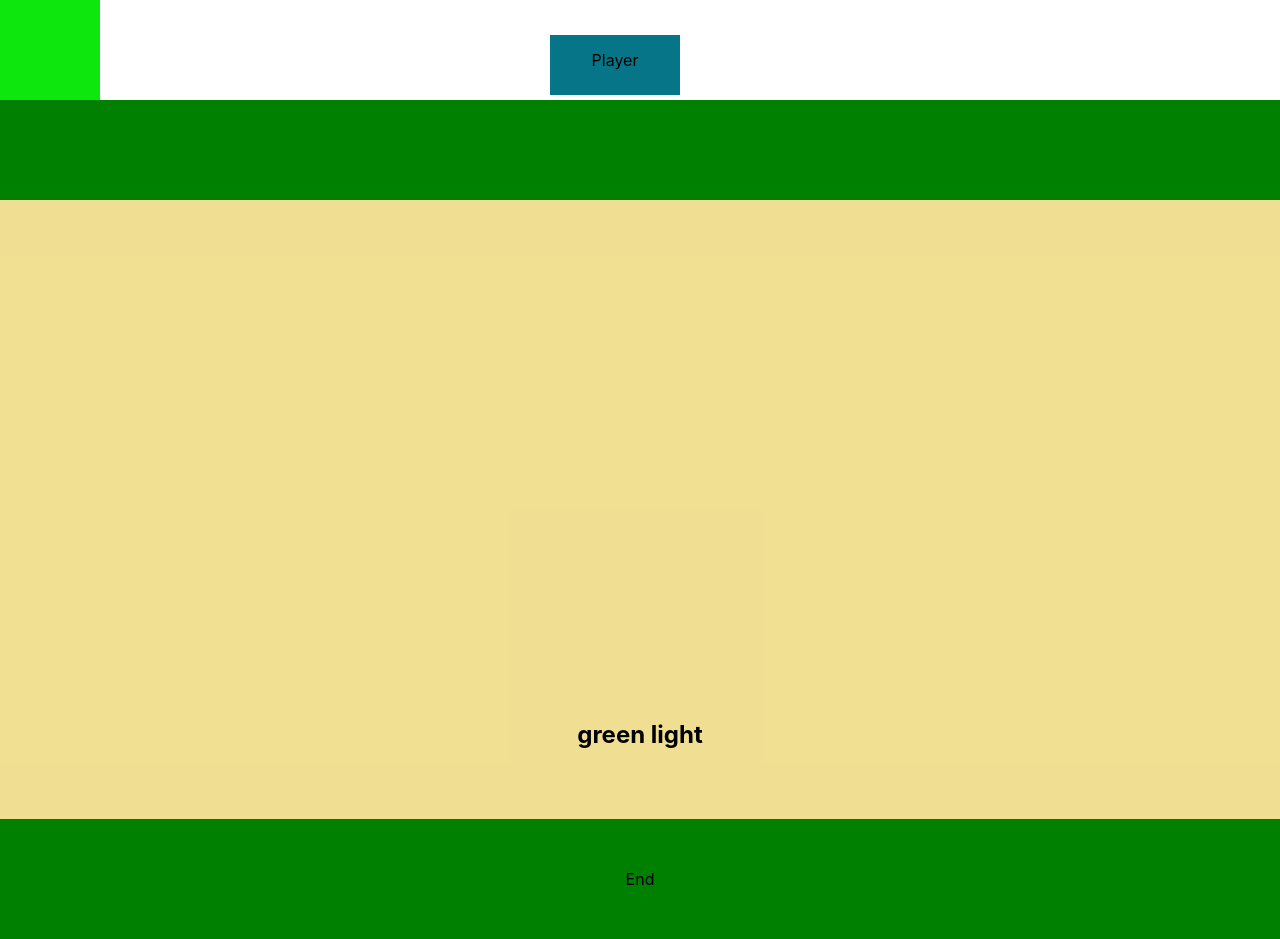
Repository: DerickT02/red-light-green-light
Page: /
The author's editor kept a copy of each file at every save. The page is drawn from the files as they stood at one save, then again after the next save.
The browser window is 1280 px wide. The pictures show the whole page.
The project was rebuilt for these pictures with package versions that can differ from the ones it lists, and the page was loaded fresh each time.

Above is the page before, as saved 2021-11-22 07:57:26.

After the next save:
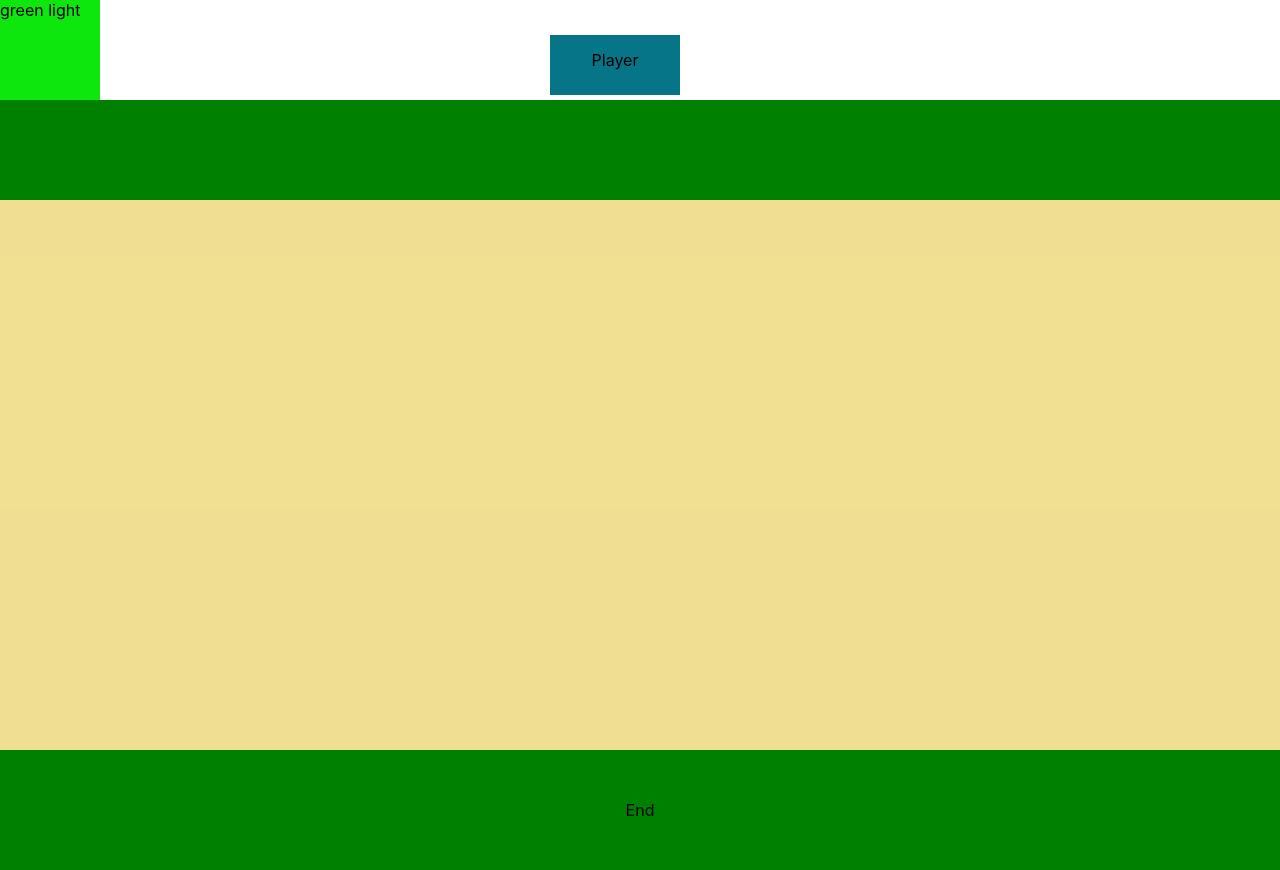
Saved 2 min 29 s later.
--- a/src/Field.js
+++ b/src/Field.js
@@ -28,10 +28,10 @@ export default function Field({player}){
 
 
         <div>
-            <div className = "Light"></div>
+            <div className = "Light">{light ? 'green light' : 'red light'}</div>
             <div className = "Field">
                 <div className = "Start">{player}</div>
-                <div className = "Middle"><h2>{light ? 'green light' : 'red light'}</h2></div>
+                <div className = "Middle"></div>
                 <div className = "End">End</div>
 
             </div>
